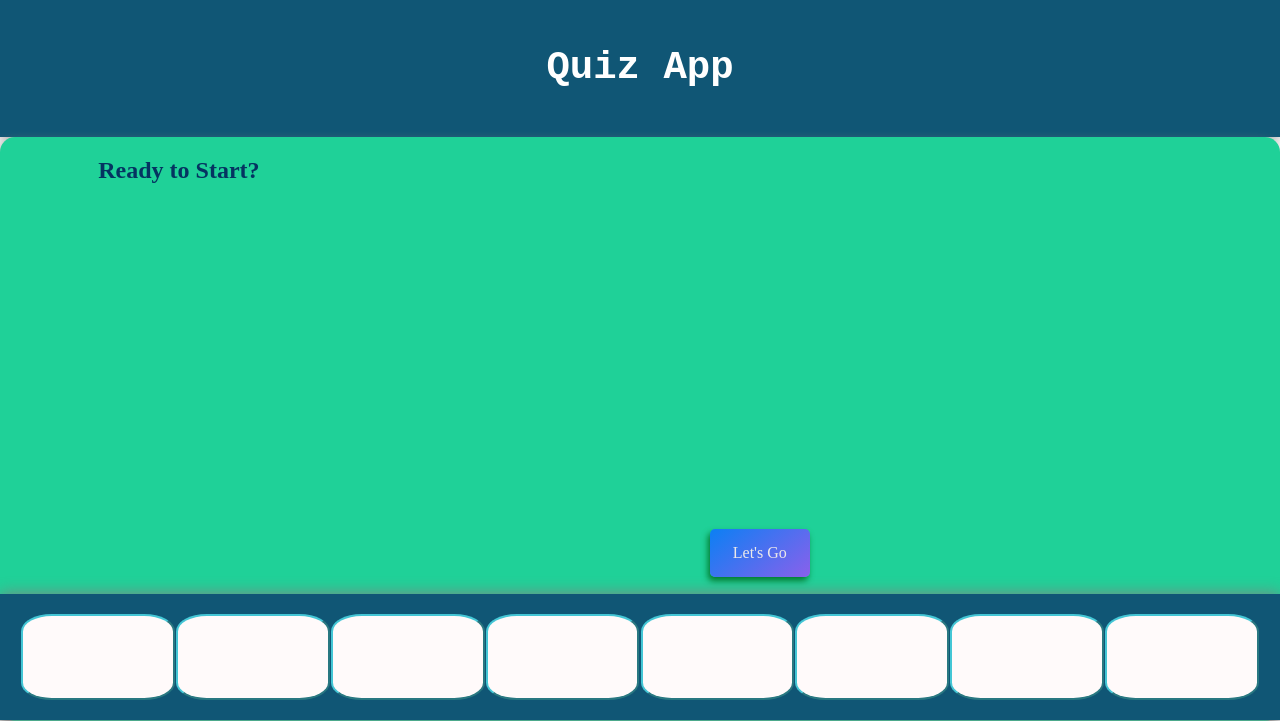
Repository: tpic12/quiz_app
Page: index.html
An editor plug-in stored every save of this project. The page is shown before and after the next save, followed by the edit.
The browser window is 1280 px wide. The pictures show the whole page.

Above is the page before, as saved 2019-12-28 15:00:51.

### index.html
<!DOCTYPE html>
<html lang="en">

<head>
  <meta charset="UTF-8">
  <meta name="viewport" content="width=device-width, initial-scale=1.0">
  <meta http-equiv="X-UA-Compatible" content="ie=edge">
  <title>Quiz App</title>
  <link href="https://cdnjs.cloudflare.com/ajax/libs/normalize/8.0.1/normalize.min.css" rel="stylesheet"
    type="text/css" />
  <link href="app.css" rel="stylesheet" type="text/css" />
</head>

<body>
  <header>
    <section class='banner'>
      <h1>Quiz App</h1>
    </section>
  </header>
  <main class='display'>

  </main>
  <footer>
    <section class='counts'>
        <div class='count 0'></div>
        <div class='count 1'></div>
        <div class='count 2'></div>
        <div class='count 3'></div>
        <div class='count 4'></div>
        <div class='count 5'></div>
        <div class='count 6'></div>
        <div class='count 7'></div>
    </section>
  </footer>
  <script src="https://code.jquery.com/jquery-3.4.1.slim.js" crossorigin="anonymous"></script>
  <script src="app.js"></script>
</body>

</html>

### app.css
/* Your styles should be mobile-first and responsive */

/**
  * If you are unclear on how to utilize a mobile-first, responsive technique to write your CSS, here is an example:
  *
  * https://github.com/andreacardybailey/responsive_example/blob/master/styles/responsive-base.css
  *
*/
* {
  box-sizing: border-box;
  margin: 0;
}

.banner h1 {
  font-family: monospace;
  font-size: 3em;
}

.banner,
footer {
  color: white;
  font-family: monospace;
  padding: 20px;
  width: 100%;
  text-align: center;
  background-color: hsl(198, 76%, 26%);
  box-shadow: 0px 0px 15px grey;
  border-bottom: none;
  left: 0;
}

.main_card {
  display: flex;
  min-width: 20vw;
  min-height: 40vh;
  text-align: center;
  justify-content: space-evenly;
  align-content: space-around;
  background-color: hsl(161, 74%, 47%);
  border-radius: 15px;
  padding: 20px;
  border: none;
  box-shadow: -2px 6px 12px grey;
}

button {
  margin: 30%;
  margin-bottom: 10%;
  color: hsl(0, 7%, 92%);
  background: linear-gradient(140deg, hsl(210, 91%, 50%), hsl(258, 78%, 65%));
  border: none;
  max-width: 130px;
  min-width: 100px;
  border-radius: 5px;
  padding: 15px;
  box-shadow: -2px 4px 6px hsl(142, 98%, 24%);
}

.main_card > form#qForm {
  display: flex;
  flex-flow: row nowrap;
  justify-content: center;
  text-align: center;
}
/*
.mid-card {
  display: flex;
  flex-flow: column wrap;
  margin: auto;
  margin-top: 100px;
  max-width: 400px;
  min-width: 200px;
  text-align: center;
  align-items: center;
  background-color: hsl(161, 74%, 47%);
  border-radius: 15px;
  padding: 20px;
  border: none;
  box-shadow: -2px 6px 12px grey;
}
*/
.main_card > h2 {
  justify-self: center;
  font-weight: bolder;
  color: hsl(210, 90%, 20%);
}

input {
  margin: 5px 20px;
}

footer {
  position: fixed;
  bottom: 0;
  left: 0;
  max-height: 20vh;
}

.counts {
  display: flex;
  justify-content: space-evenly;
}

.count {
  border: 2px outset hsl(186, 63%, 55%);
  font-family: 'Gill Sans', 'Gill Sans MT', Calibri, 'Trebuchet MS', sans-serif;
  border-radius: 20%;
  flex-direction: row;
  width: 12vw;
  height: 12vh;
  background-color: hsl(0, 100%, 99%);
  padding: 15px;
  -webkit-border-radius: 20%;
  -moz-border-radius: 20%;
  -ms-border-radius: 20%;
  -o-border-radius: 20%;
}

h1 {
  font-family: sans-serif;
}

.green {
  background-color: green !important;
}

.red {
  background-color: red !important;
}

#snackbar > p {
  visibility: hidden;
  min-width: 15vw;

  color: #fff;
  text-align: center;
  align-content: flex-start;
  padding: 5px;
  position: absolute;
  z-index: 1;
  left: ;
  top: -30px;
}

#snackbar.show {
  visibility: visible;
  /-webkit-animation: fadein 0.5s, fadeout 0.5s 2.5s;
  animation: fadein 0.5s, fadeout 0.5s 2.5s;
}

### app.js
/**
 * Example store structure
 */
'use strict';

const STORE = {
  // 5 or more questions are required
  questions: [
    {
      question: 'How many items in a bakers dozen??',
      answers: ['11', '12', '13', '3'],
      correctAnswer: '13'
    },
    {
      question: 'What month is Oktoberfest held?',
      answers: ['September', 'October', 'Every Month', 'August'],
      correctAnswer: 'September'
    },
    {
      question: 'What color is an Orange Blossom?',
      answers: ['Red', 'Orange', 'Pink', 'White'],
      correctAnswer: 'White'
    },
    {
      question: 'Where did the Panama Hat originate?',
      answers: ['Ecuador', 'Panama', 'China', 'Cuba'],
      correctAnswer: 'Ecuador'
    },
    {
      question: 'What are toy marbles made from?',
      answers: ['Plastic', 'Quartz', 'Diamond', 'Glass'],
      correctAnswer: 'Glass'
    },
    {
      question: 'How many gallons are in a ten-gallon hat?',
      answers: [
        'Half a Gallon',
        'Ten-Gallons',
        'Three-Fourths of a Gallon',
        'Give-Gallon'
      ],
      correctAnswer: 'Three-Fourths of a Gallon'
    },
    {
      question: 'What is the biggest animal to ever live?',
      answers: ['Mammoth', 'T-Rex', 'Blue Whale', 'Brontosaurus'],
      correctAnswer: 'Blue Whale'
    },
    {
      question: 'Where is the red-bellied woodpecker predominately red?',
      answers: ['Head', 'Wings', 'Feet', 'Belly'],
      correctAnswer: 'Head'
    }
  ],
  questionNumber: 0,
  score: 0,
  quizStart: false
};

/**
 *
 * Your app should include a render() function, that regenerates
 * the view each time the store is updated. See your course
 * material, consult your instructor, and reference the slides
 * for more details.
 *
 * NO additional HTML elements should be added to the index.html file.
 *
 * You may add attributes (classes, ids, etc) to the existing HTML elements, or link stylesheets or additional scripts if necessary
 *
 */

/**
 * This function renders the quiz after you start, ...
 * answer a question, or restart the quiz
 */
function renderStartQuiz() {
  const mainCard = `<section class="main_card">
      <h2>Ready to Start?</h2>
      <button type='submit' id='start_quiz'>Let's Go</button>
    </section>`;

  $('.display').html(mainCard);

  $('.display').on('click', '#start_quiz', function(event) {
    event.preventDefault();
    STORE.quizStart = true;
    $('.main_card')
      .children()
      .remove();
    handleQuiz();
  });
}
/**
 * renders question one at a time depending on question number
 */
function renderQuestion() {
  if (
    STORE.questionNumber === STORE.questions.length &&
    STORE.questionNumber > 1
  ) {
    renderResults();
  } else {
    const qCard = `<h2>${STORE.questions[STORE.questionNumber].question}</h2>
    <form id="qForm">
        <input type='radio' name='answer' id='q1' value="${
          STORE.questions[STORE.questionNumber].answers[0]
        }"/><label for='q1' id='0'>${
      STORE.questions[STORE.questionNumber].answers[0]
    }</label>
        <input type='radio' name='answer' id='q2' value="${
          STORE.questions[STORE.questionNumber].answers[1]
        }"/><label for='q2' id='1'>${
      STORE.questions[STORE.questionNumber].answers[1]
    }</label><br>
        <input type='radio' name='answer' id='q3' value="${
          STORE.questions[STORE.questionNumber].answers[2]
        }"/><label for='q3' id='2'>${
      STORE.questions[STORE.questionNumber].answers[2]
    }</label>
        <input type='radio' name='answer' id='q4' value="${
          STORE.questions[STORE.questionNumber].answers[3]
        }"/><label for='q4' id='3'>${
      STORE.questions[STORE.questionNumber].answers[3]
    }</label><br>
    </form>
    <button type='submit' id='submit_answer'>Final Answer</button>`;

    $('.main_card').html(qCard);
    $('input:checked').on('su');
    $('.main_card').on('click', '#submit_answer', function(event) {
      event.preventDefault();
      checkAnswer();
      //original next question spot

      $('.main_card')
        .children()
        .remove();

      handleQuiz();
    });
  }
}
/**
 * renders results page

 */

function generateResults(finalScore, numberOfQuestions) {
  return `<h2>You scored ${finalScore} out of ${numberOfQuestions}!</h2><button id='restart'>Restart Quiz</button>`;
}

/* Render results element with button that restarts the quiz*/
function renderResults() {
  let score = STORE.score;
  let num = STORE.questionNumber;

  $('.main_card').html(generateResults(score, num));
  $('#restart').click(function(event) {
    event.preventDefault();
    console.log('Restarting Quiz');

    STORE.questionNumber = 0;
    STORE.score = 0;
    $('.count')
      .removeClass('snackbar')
      .removeClass('red')
      .removeClass('green')
      .removeClass('show')
      .text('');
    renderStartQuiz();
  });
}

/**
 * this function checks the correctnes of the answer
 */
function checkAnswer() {
  let form = document.getElementById('qForm');
  let ans = form['answer'];
  for (let i = 0; i < ans.length; i++) {
    //is a button checked
    if (ans[i].checked) {
      //compare value of ans[i] to correct answer
      if (
        ans[i].value === STORE.questions[STORE.questionNumber].correctAnswer
      ) {
        scoreKeeper(true);
      } else {
        scoreKeeper(false);
      }
    }
  }
}

function generateAnswerSnackbar(questionAnswer) {
  return `<div class=.${STORE.questionNumber}>
              <p>Sorry, the correct answer is ${questionAnswer}</p>
          </div>`;
}

function scoreKeeper(bool) {
  if (bool === true) {
    console.log('plus 1 point');
    STORE.score++;
    $(`.${STORE.questionNumber}`)
      .addClass('green')
      .addClass('snackbar')
      .html(`<p>Correct!</p>`);
    $('section.main_card');
    console.log('next q!');
    STORE.questionNumber++;
  }
  if (bool === false) {
    console.log('no points for you');
    $(`.${STORE.questionNumber}`)
      .addClass('red')
      .addClass('snackbar')
      .html(
        generateAnswerSnackbar(
          STORE.questions[STORE.questionNumber].correctAnswer
        )
      );
    console.log('next q!');
    STORE.questionNumber++;
  }
}

function handleQuiz() {
  if (STORE.quizStart === false) {
    renderStartQuiz();
  } else {
    renderQuestion();
  }
}

$(handleQuiz);

After the next save:
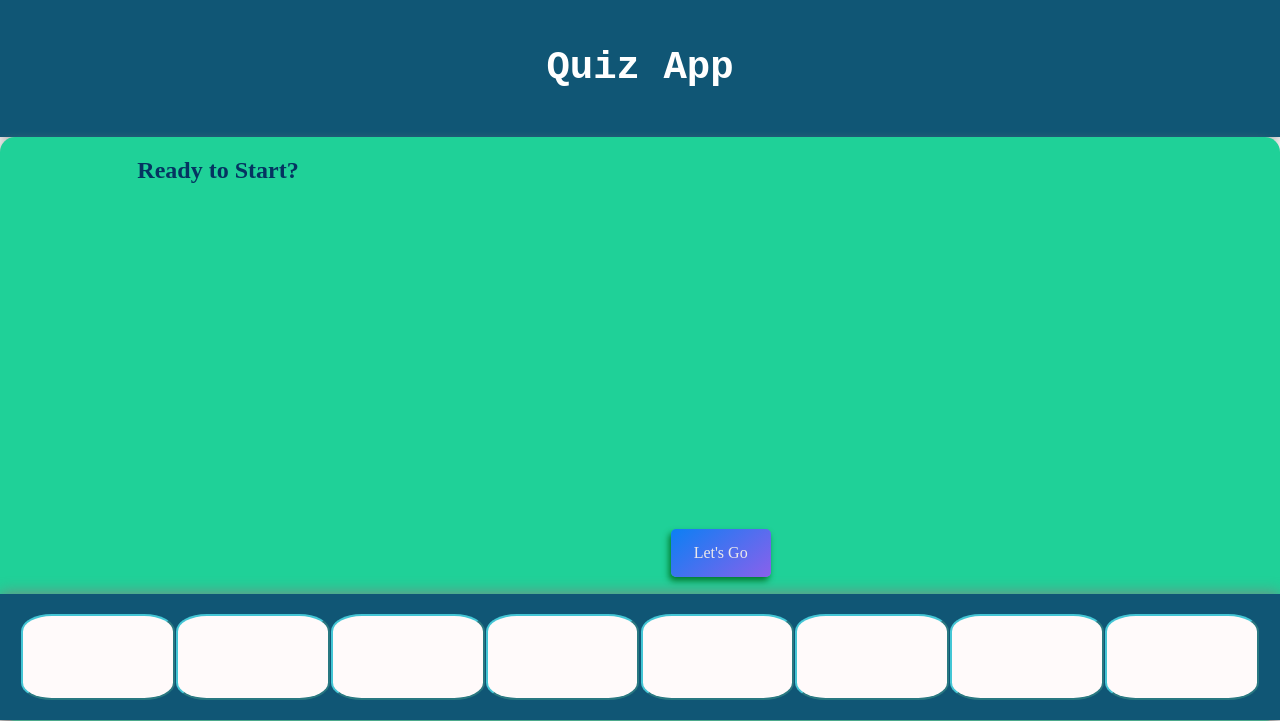
Saved 30 s later.
--- a/app.css
+++ b/app.css
@@ -34,7 +34,7 @@ footer {
   min-width: 20vw;
   min-height: 40vh;
   text-align: center;
-  justify-content: space-evenly;
+  justify-content: center;
   align-content: space-around;
   background-color: hsl(161, 74%, 47%);
   border-radius: 15px;
